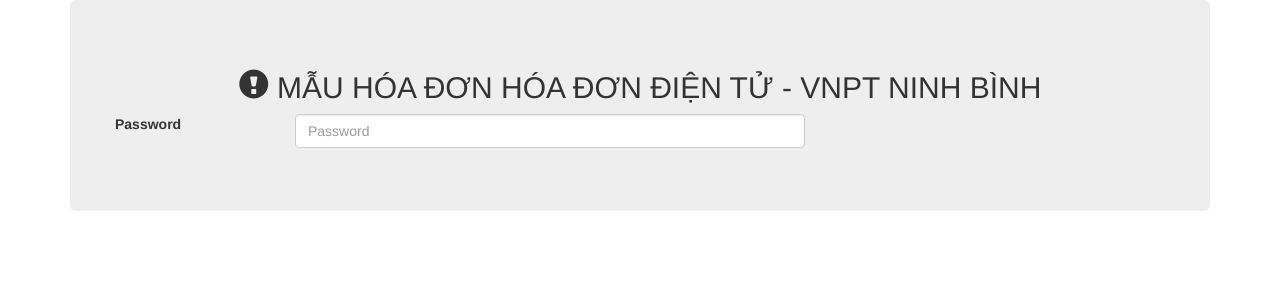
Repository: hoadonvnptninhbinh/hoadonvnptninhbinh
Page: index.html
The author's editor kept a copy of each file at every save. The page is drawn from the files as they stood at one save, then again after the next save.
The browser window is 1280 px wide. The pictures show the whole page.

Above is the page before, as saved 2020-04-07 14:24:03.

After the next save:
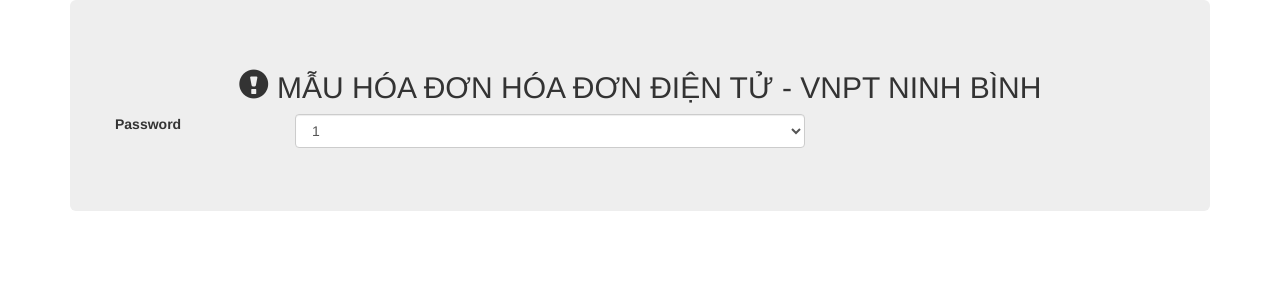
Saved 59 s later.
--- a/index.html
+++ b/index.html
@@ -20,7 +20,12 @@
                 <div class="form-group row">
                     <label for="inputPassword" class="col-sm-2 col-form-label">Password</label>
                     <div class="col-sm-6">
-                      <input type="password" class="form-control" id="inputPassword" placeholder="Password">
+                        <select class="form-control" id="sel1">
+                            <option>1</option>
+                            <option>2</option>
+                            <option>3</option>
+                            <option>4</option>
+                          </select>
                     </div>
                 </div>
             </div>
